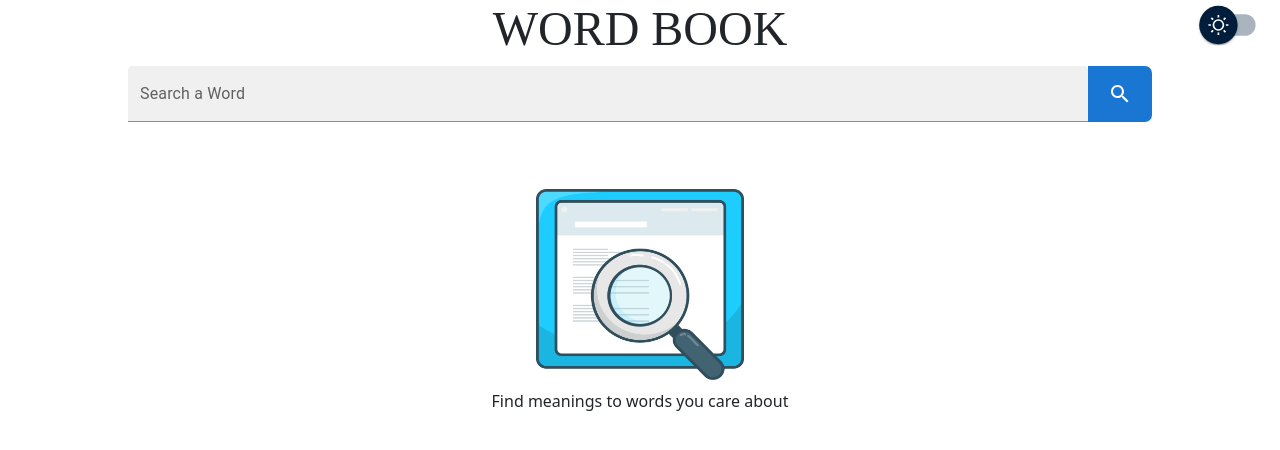
Repository: marveldev/my-dictionary
Page: /
The author's editor kept a copy of each file at every save. The page is drawn from the files as they stood at one save, then again after the next save.
The browser window is 1280 px wide. The pictures show the whole page.
The project was rebuilt for these pictures with package versions that can differ from the ones it lists, and the page was loaded fresh each time. Also part of the build but not shown: src/components/themeSwitcher/MUISwitch.jsx.

Above is the page before, as saved 2022-05-29 18:01:32.

After the next save:
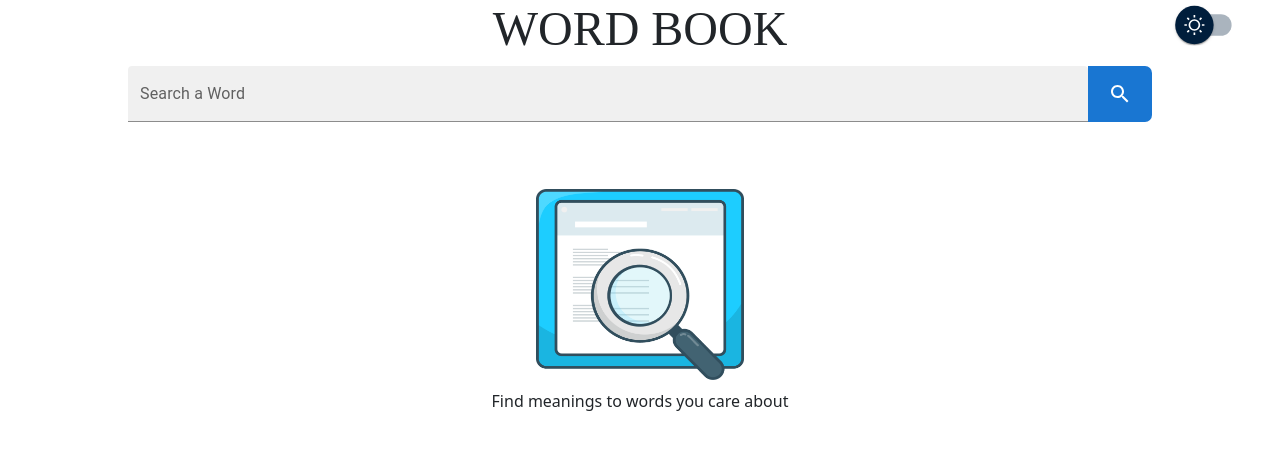
Saved 37 s later.
--- a/src/components/themeSwitcher/ThemeSwitcher.jsx
+++ b/src/components/themeSwitcher/ThemeSwitcher.jsx
@@ -9,7 +9,7 @@ const ThemeSwitcher = ({ theme, setTheme, themePalette }) => {
   }
 
   return (
-    <div className="theme-switcher">
+    <div className="theme-switcher text-end mx-lg-4 mt-2">
       <FormControlLabel
         label=""
         control={
